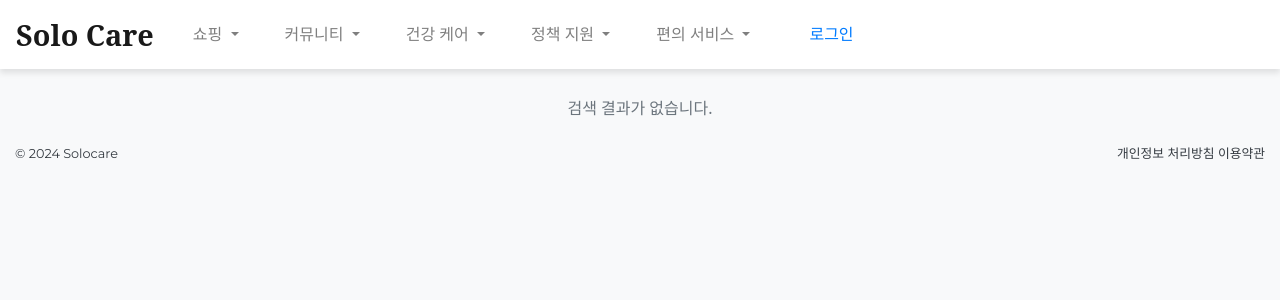
Repository: HB1112/cloud
Page: http://localhost/Solocare/WEB-INF/views/results.jsp
The author's editor kept a copy of each file at every save. The page is drawn from the files as they stood at one save, then again after the next save.
The browser window is 1280 px wide. The pictures show the whole page.
The page is served by Tomcat 9. Nobody is signed in. Other server files are loaded and not shown. The template is opened directly, without the code that normally fills it, so the values that code supplies are empty.

Above is the page before, as saved 2024-12-11 01:02:45.

### Solocare/src/main/webapp/WEB-INF/views/results.jsp
<%@ page language="java" contentType="text/html; charset=UTF-8" pageEncoding="UTF-8"%>
<%@ taglib prefix="c" uri="http://java.sun.com/jsp/jstl/core" %>
<%@ page import="com.springmvc.domain.Product" %>
<%@ page import="com.springmvc.domain.SearchResult" %>
<!DOCTYPE html>
<html>
<head>
    <meta charset="UTF-8">
    <title>검색 결과</title>
    <link rel="stylesheet" href="https://maxcdn.bootstrapcdn.com/bootstrap/4.5.2/css/bootstrap.min.css">
    <link href="https://fonts.googleapis.com/css2?family=Noto+Sans:wght@400;500;700&family=Noto+Serif:wght@400;700&display=swap" rel="stylesheet">
    <link href="https://cdnjs.cloudflare.com/ajax/libs/font-awesome/5.15.4/css/all.min.css" rel="stylesheet">
    <script src="https://code.jquery.com/jquery-3.5.1.slim.min.js"></script>
    <script src="https://cdn.jsdelivr.net/npm/@popperjs/core@2.9.2/dist/umd/popper.min.js"></script>
    <script src="https://maxcdn.bootstrapcdn.com/bootstrap/4.5.2/js/bootstrap.min.js"></script>
    <style>
        body {
            font-family: 'Noto Sans', 'Noto Serif', Arial, sans-serif;
            background-color: #f8f9fa; /* 연한 배경색 */
        }
        .container {
            max-width: 1200px; /* 최대 너비 설정 */
            margin: auto; /* 가운데 정렬 */
        }
        h1 {
            color: #333; /* 제목 색상 */
        }
        .product-card {
            border: 1px solid #ddd;
            border-radius: 5px;
            padding: 20px; /* 패딩 증가 */
            margin-bottom: 30px; /* 카드 간격 증가 */
            text-align: center;
            box-shadow: 0px 2px 4px rgba(0, 0, 0, 0.1);
            background-color: #fff; /* 카드 배경색 */
            height: 360px; /* 카드 높이 조정 */
            display: flex; /* Flexbox 사용 */
            flex-direction: column; /* 세로 방향 정렬 */
            justify-content: space-between; /* 요소 간격 조정 */
        }
        .product-card img {
            max-width: 100%;
            height: auto;
            margin-bottom: 15px; /* 이미지와 텍스트 간격 증가 */
            max-height: 220px; /* 이미지 최대 높이 설정 (키움) */
            cursor: pointer; /* 포인터 커서 추가 */
        }
        .product-card h3 {
            font-size: 18px; /* 제목 크기 조정 */
            font-weight: 500;
            margin: 10px 0; /* 제목과 다른 요소 간격 */
            overflow: hidden; /* overflow 숨기기 */
            text-overflow: ellipsis; /* 텍스트가 넘칠 경우 "..." 표시 */
            white-space: nowrap; /* 텍스트가 한 줄로 표시되도록 설정 */
        }
        .product-card p {
            margin: 5px 0; /* 가격 마진 조정 */
            font-size: 16px; /* 가격 폰트 크기 조정 */
            color: #333; /* 가격 색상 */
        }
        .pagination {
            justify-content: center; /* 중앙 정렬 */
            margin-top: 20px; /* 페이지네이션과 카드 간격 */
        }
        .pagination a, .pagination strong {
            padding: 5px 10px;
            margin: 0 2px;
            text-decoration: none;
            border: 1px solid #ddd;
            border-radius: 5px;
            color: #333; /* 기본 색상 */
            background-color: #fff; /* 기본 배경색: 하얀색 */
        }
        .pagination a:hover, .pagination strong {
            background-color: #222; /* 더 진한 검은색 */
            color: #fff; /* 클릭 시 텍스트 색상: 흰색 */
        }
        .sort-select {
            width: auto; /* 드롭다운 너비 자동 조정 */
        }
        .search-form {
            margin-bottom: 20px; /* 카드와의 간격 조정 */
            padding: 15px; /* 패딩 추가 */
            background-color: #fff; /* 배경색 */
            box-shadow: 0px 2px 4px rgba(0, 0, 0, 0.1); /* 그림자 추가 */
        }
        .btn-primary {
            background-color: #222; /* 버튼 배경색: 더 진한 검은색 */
            border: none; /* 경계선 없애기 */
        }
        .btn-primary:hover {
            background-color: #444; /* 버튼 호버 색상: 검은색 */
        }
    </style>
</head>
<body>
<%@ include file="menu.jsp"%>

<div class="container mt-4">
    <h1 class="mb-4">검색 결과</h1>

    <c:choose>
        <c:when test="${not empty searchResult.products}">
            <!-- Bootstrap Grid for Product Cards -->
            <div class="row">
                <c:forEach var="product" items="${searchResult.products}">
                    <div class="col-sm-6 col-md-3 mb-4"> <!-- 한 줄에 4개, 아래 간격 추가 -->
                        <div class="product-card">
                            <a href="${product.link}" target="_blank"> <!-- 이미지 클릭 시 링크로 이동 -->
                                <img src="${product.image}" alt="${product.name}">
                            </a>
                            <h3>${product.name}</h3> <!-- 제목만 표시 -->
                            <p>가격: ${product.price}</p> <!-- 가격 표시 -->
                        </div>
                    </div>
                </c:forEach>
            </div>

            <!-- 검색 폼 고정 -->
            <div class="search-form">
                <form action="${pageContext.request.contextPath}/search" method="GET">
                    <input type="hidden" name="page" value="${currentPage}" />
                    <label for="query">검색어:</label>
                    <input type="text" name="query" id="query" value="${query}" class="form-control d-inline w-auto" required />
                    <label for="sort" class="ml-2">정렬 기준:</label>
                    <select name="sort" id="sort" class="form-control d-inline sort-select ml-2" onchange="this.form.submit()">
                        <option value="sim" ${sort == 'sim' ? 'selected' : ''}>관련도 높은 순</option>
                        <option value="price_low" ${sort == 'price_low' ? 'selected' : ''}>가격 낮은 순</option>
                        <option value="price_high" ${sort == 'price_high' ? 'selected' : ''}>가격 높은 순</option>
                        <option value="date" ${sort == 'date' ? 'selected' : ''}>날짜 순</option>
                    </select>
                    <button type="submit" class="btn btn-primary ml-2">검색</button>
                </form>
            </div>

            <!-- Pagination -->
            <div class="pagination d-flex justify-content-center">
                <c:if test="${currentPage > 1}">
                    <a href="${pageContext.request.contextPath}/search?query=${query}&page=${currentPage - 1}&sort=${sort}">이전</a>
                </c:if>

                <c:forEach begin="${startPage}" end="${endPage}" var="pageNum">
                    <c:choose>
                        <c:when test="${pageNum == currentPage}">
                            <strong>${pageNum}</strong>
                        </c:when>
                        <c:otherwise>
                            <a href="${pageContext.request.contextPath}/search?query=${query}&page=${pageNum}&sort=${sort}">${pageNum}</a>
                        </c:otherwise>
                    </c:choose>
                </c:forEach>

                <c:if test="${currentPage < totalPages}">
                    <a href="${pageContext.request.contextPath}/search?query=${query}&page=${currentPage + 1}&sort=${sort}">다음</a>
                </c:if>
            </div>
        </c:when>
        <c:otherwise>
            <p class="text-center text-muted">검색 결과가 없습니다.</p>
        </c:otherwise>
    </c:choose>
</div>

<%@ include file="footer.jsp"%>
</body>
</html>

### Solocare/src/main/webapp/WEB-INF/views/menu.jsp
<%@ page contentType="text/html; charset=UTF-8" language="java" %>
   <style>
        body {
            font-family: 'Noto Sans', sans-serif;
        }
        .navbar {
            background-color: white;
            box-shadow: 0 4px 6px rgba(0, 0, 0, 0.1);
        }
        .navbar-brand {
            font-family: 'Noto Serif', serif;
            font-size: 1.8rem;
            font-weight: bold;
            color: #005B96;
            transition: transform 0.3s ease;
        }
        .navbar-brand:hover {
            transform: scale(1.1);
        }
        .navbar-nav .nav-link {
            margin: 0 15px;
            color: #005B96;
            font-weight: 500;
            transition: all 0.3s ease;
        }
        .navbar-nav .nav-link:hover {
            color: #FFD700;
            transform: translateY(-3px);
        }
        .dropdown-menu {
            background: #f8f9fa;
            border: none;
            border-radius: 5px;
            box-shadow: 0 4px 8px rgba(0, 0, 0, 0.1);
        }
        .dropdown-item {
            color: #005B96;
            font-weight: 500;
        }
        .dropdown-item:hover {
            background: #005B96;
            color: white;
        }
        .search {
            display: flex;
            align-items: center;
            margin-left: auto; /* 오른쪽 끝으로 붙이기 */
        }
        .search input {
            border-radius: 30px;
            border: 2px solid #005B96;
            margin-right: 10px; /* 검색창과 버튼 사이 간격 */
        }
        .search button {
            color: white;
            background: #005B96;
            border-radius: 50%;
            border: none;
            padding: 5px 10px;
        }
        .user-links {
        	display : flex;
            margin-left: 20px; /* 로그인/회원가입 간격 */
        }
        .main-content {
            margin-top: 80px; /* 내비게이션 바 높이에 맞춰 여백 추가 */
        }
    </style>
<link href="https://fonts.googleapis.com/css2?family=Montserrat:wght@400;700&display=swap" rel="stylesheet">
<nav class="navbar navbar-expand-lg navbar-light fixed-top" style="font-family: 'Montserrat', sans-serif;">
    <a class="navbar-brand" href="home">Solo Care</a>
    <button class="navbar-toggler" type="button" data-toggle="collapse" data-target="#navbarNav" aria-controls="navbarNav" aria-expanded="false" aria-label="Toggle navigation">
        <span class="navbar-toggler-icon"></span>
    </button>
    <div class="collapse navbar-collapse" id="navbarNav">
        <ul class="navbar-nav">
            <li class="nav-item dropdown">
                <a class="nav-link dropdown-toggle" href="#" id="shoppingDropdown" role="button" data-toggle="dropdown" aria-haspopup="true" aria-expanded="false">
                    쇼핑
                </a>
                <div class="dropdown-menu" aria-labelledby="shoppingDropdown">
                    <a class="dropdown-item" href="search">1인 가구 맞춤 가전 제품</a>
                    <a class="dropdown-item" href="#">1인 가구 맞춤 식자재</a>
                    <a class="dropdown-item" href="#">보안 제품 추천</a>
                </div>
            </li>
            <li class="nav-item dropdown">
                <a class="nav-link dropdown-toggle" href="#" id="homeCareDropdown" role="button" data-toggle="dropdown" aria-haspopup="true" aria-expanded="false">
                    커뮤니티
                </a>
                <div class="dropdown-menu" aria-labelledby="homeCareDropdown">
                    <a class="dropdown-item" href="board?category=tip&page=1">정보 공유 (집 꾸미기, 생활 팁)</a>
                    <a class="dropdown-item" href="tradeboard">중고거래</a>
                    <a class="dropdown-item" href="club/board">동호회 관리 및 모집 / 필요시 대관 정보</a>
                </div>
            </li>
            <li class="nav-item dropdown">
                <a class="nav-link dropdown-toggle" href="#" id="safetyHealthDropdown" role="button" data-toggle="dropdown" aria-haspopup="true" aria-expanded="false">
                    건강 케어
                </a>
                <div class="dropdown-menu" aria-labelledby="safetyHealthDropdown">
                    <a class="dropdown-item" href="#">간단한 홈트레이닝 영상 제공</a>
                    <a class="dropdown-item" href="#">건강 데이터 통합 관리</a>
                    <a class="dropdown-item" href="#">집 주변 약국 운영시간, 야간운영? 정보</a>
                </div>
            </li>
            <li class="nav-item dropdown">
                <a class="nav-link dropdown-toggle" href="#" id="policyDropdown" role="button" data-toggle="dropdown" aria-haspopup="true" aria-expanded="false">
                    정책 지원
                </a>
                <div class="dropdown-menu" aria-labelledby="policyDropdown">
                    <a class="dropdown-item" href="#">사회성 증진 프로그램</a>
                    <a class="dropdown-item" href="#">지원 혜택</a>
                    <a class="dropdown-item" href="#">응급 대처 가이드</a>
                </div>
            </li>
            <li class="nav-item dropdown">
                <a class="nav-link dropdown-toggle" href="#" id="serviceDropdown" role="button" data-toggle="dropdown" aria-haspopup="true" aria-expanded="false">
                    편의 서비스
                </a>
                <div class="dropdown-menu" aria-labelledby="serviceDropdown">
                    <a class="dropdown-item" href="#">정기 구독 식품, 청소, 심부름</a>
                    <a class="dropdown-item" href="#">안심 귀가 루트 추천</a>
                </div>
            </li>
        </ul>

        <%
            if (request.getSession().getAttribute("mem") != null) {
        %>
            <div class="user-links">
                <p>${mem.name}님 환영합니다</p>
                <a href="infocheck" class="nav-link">내 정보</a>
                <a href="logout" class="nav-link">로그아웃</a>
                <a href="list" class="nav-link">일정관리</a>
            </div>
        <%
            } else {
        %>
            <div class="user-links">
                <a href="login" class="nav-link">로그인</a>
            </div>
        <%
            }
        %>
    </div>
</nav>

### Solocare/src/main/webapp/WEB-INF/views/footer.jsp
<%@ page contentType="text/html; charset=UTF-8" language="java" %>
<footer class="bg-light text-dark py-2">
    <div class="d-flex justify-content-between align-items-center" style="max-width: 1800px; margin: 0 auto; padding-left: 15px; padding-right: 15px;">
        <div style="font-family: 'Montserrat', sans-serif; font-size: 0.8rem;">
            © 2024 Solocare
        </div>
        <div style="font-family: 'Montserrat', sans-serif; font-size: 0.8rem;">
            <a href="/privacy" class="text-dark me-3 text-decoration-none">개인정보 처리방침</a>
            <a href="/terms" class="text-dark text-decoration-none">이용약관</a>
        </div>
    </div>
</footer>

After the next save:
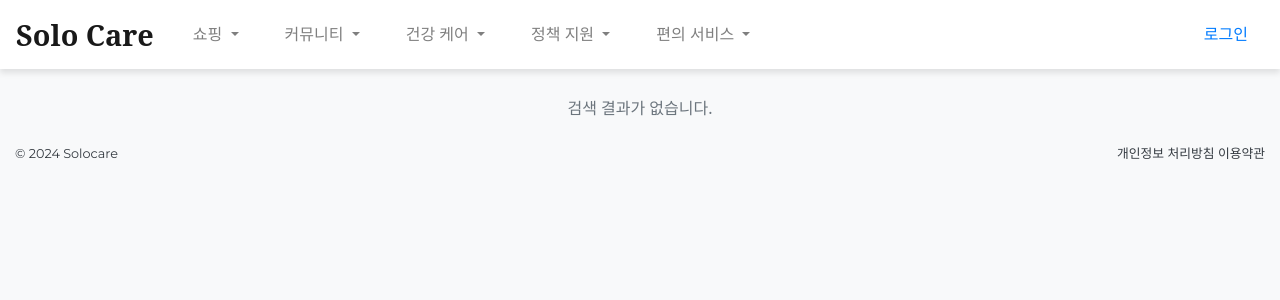
Saved 3 min 7 s later.
--- a/Solocare/src/main/webapp/WEB-INF/views/menu.jsp
+++ b/Solocare/src/main/webapp/WEB-INF/views/menu.jsp
@@ -65,6 +65,11 @@
         .main-content {
             margin-top: 80px; /* 내비게이션 바 높이에 맞춰 여백 추가 */
         }
+        .navbar-collapse {
+		    display: flex;
+		    justify-content: space-between; /* 양쪽 끝으로 배치 */
+		    width: 100%; /* 전체 너비 사용 */
+		}
     </style>
 <link href="https://fonts.googleapis.com/css2?family=Montserrat:wght@400;700&display=swap" rel="stylesheet">
 <nav class="navbar navbar-expand-lg navbar-light fixed-top" style="font-family: 'Montserrat', sans-serif;">
